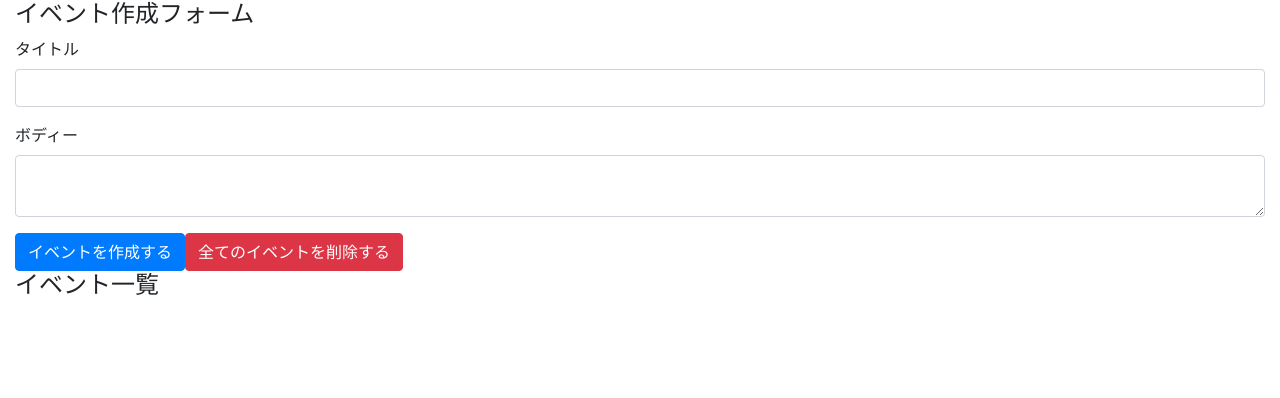
Repository: yujiuehara/my-app
Page: /
These files come from the project's save history. The page is drawn as it stood at one moment and after the next save; the edit follows.
The browser window is 1280 px wide. The pictures show the whole page.
The project was rebuilt for these pictures with package versions that can differ from the ones it lists, and the page was loaded fresh each time.

Above is the page before, as saved 2020-05-04 02:11:40.

### src/components/App.js
import React from 'react';
import 'bootstrap/dist/css/bootstrap.min.css'

const App = () => {
  return (
    <div className="container-fluid">
      <h4>イベント作成フォーム</h4>
      <form>
        <div className="form-group">
          <label htmlFor="formEventTitle">タイトル</label>
          <input className="form-control" id="formEventTitle"/>
        </div>

        <div className="form-group">
          <label htmlFor="formEventBody">ボディー</label>
          <textarea className="form-control" id="formEventBody"/>
        </div>

        <button className="btn btn-primary">イベントを作成する</button>
        <button className="btn btn-danger">全てのイベントを削除する</button>
      </form>

      <h4>イベント一覧</h4>
    </div>
  );
}

export default App;

Loaded but not shown: public/index.html (common file); src/index.js (common file); src/index.css (common file); src/serviceWorker.js (common file)

After the next save:
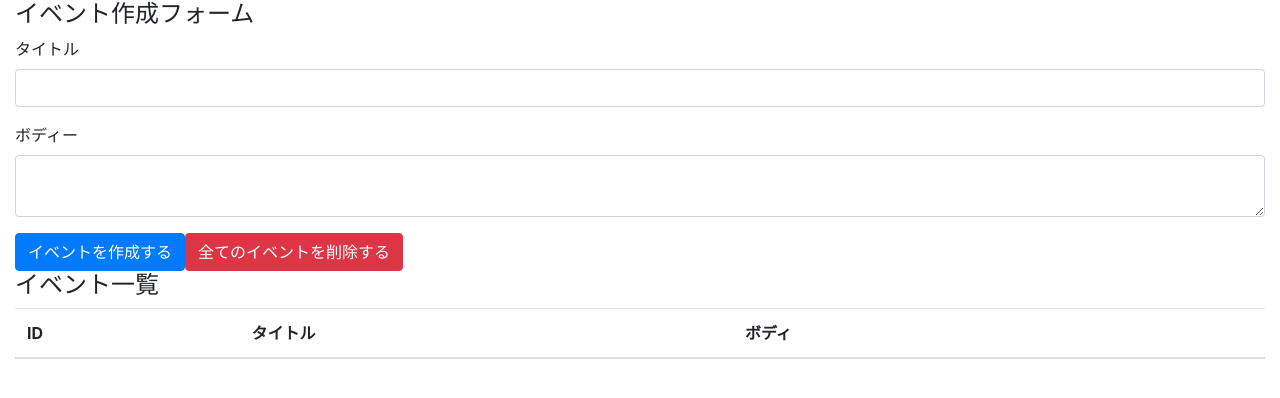
Saved 2 min 31 s later.
--- a/src/components/App.js
+++ b/src/components/App.js
@@ -21,6 +21,19 @@ const App = () => {
       </form>
 
       <h4>イベント一覧</h4>
+      <table className="table table-hover">
+        <thead>
+          <tr>
+            <th>ID</th>
+            <th>タイトル</th>
+            <th>ボディ</th>
+            <th></th>
+          </tr>
+        </thead>
+        <tbody>
+
+        </tbody>
+      </table>
     </div>
   );
 }
